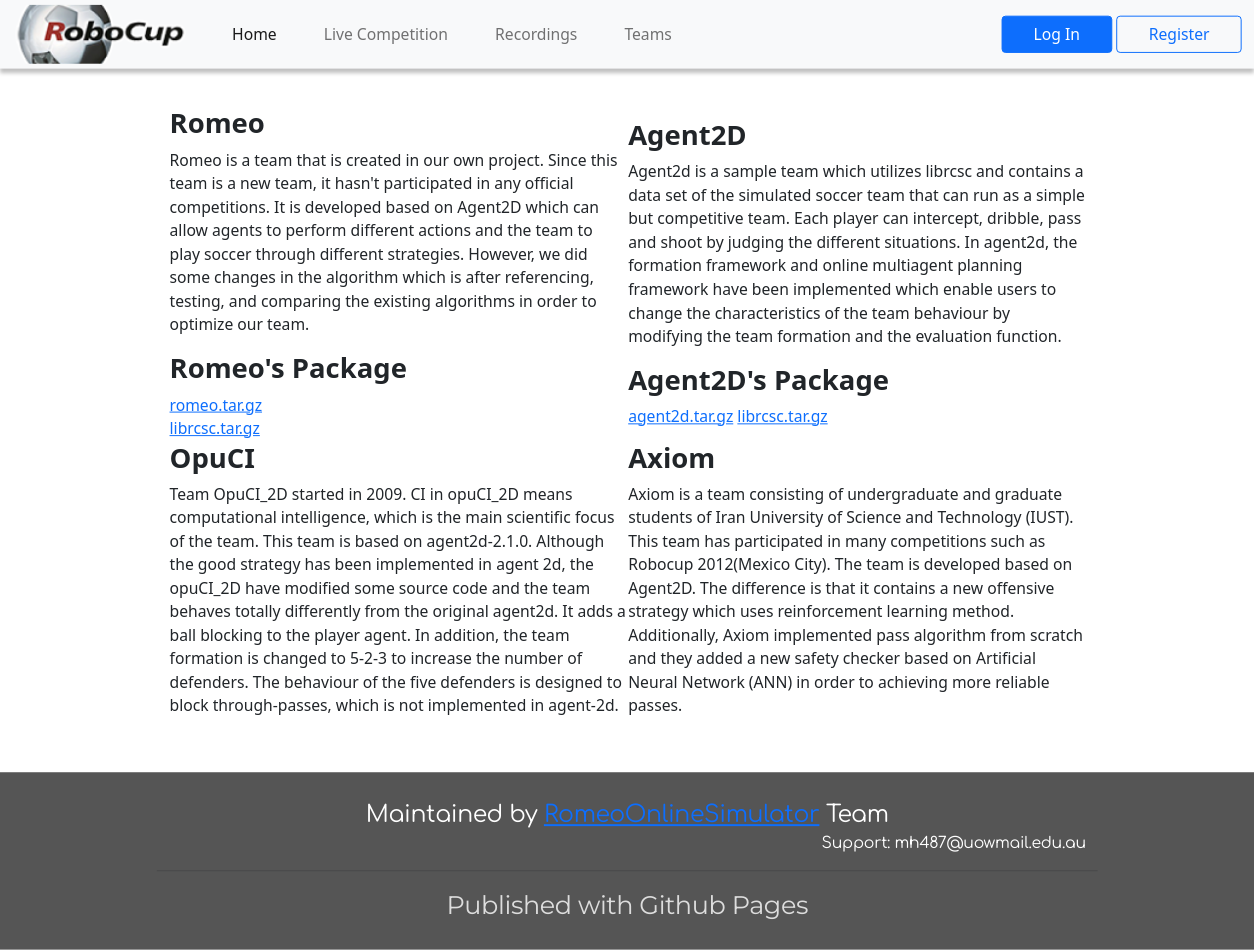
Repository: romeoonlinesim/romeoonlinesim.github.io
Page: teams.html
An editor plug-in stored every save of this project. The page is shown before and after the next save, followed by the edit.
The browser window is 1280 px wide. The pictures show the whole page, at 98% of full size.

Above is the page before, as saved 2021-05-18 20:31:28.

After the next save:
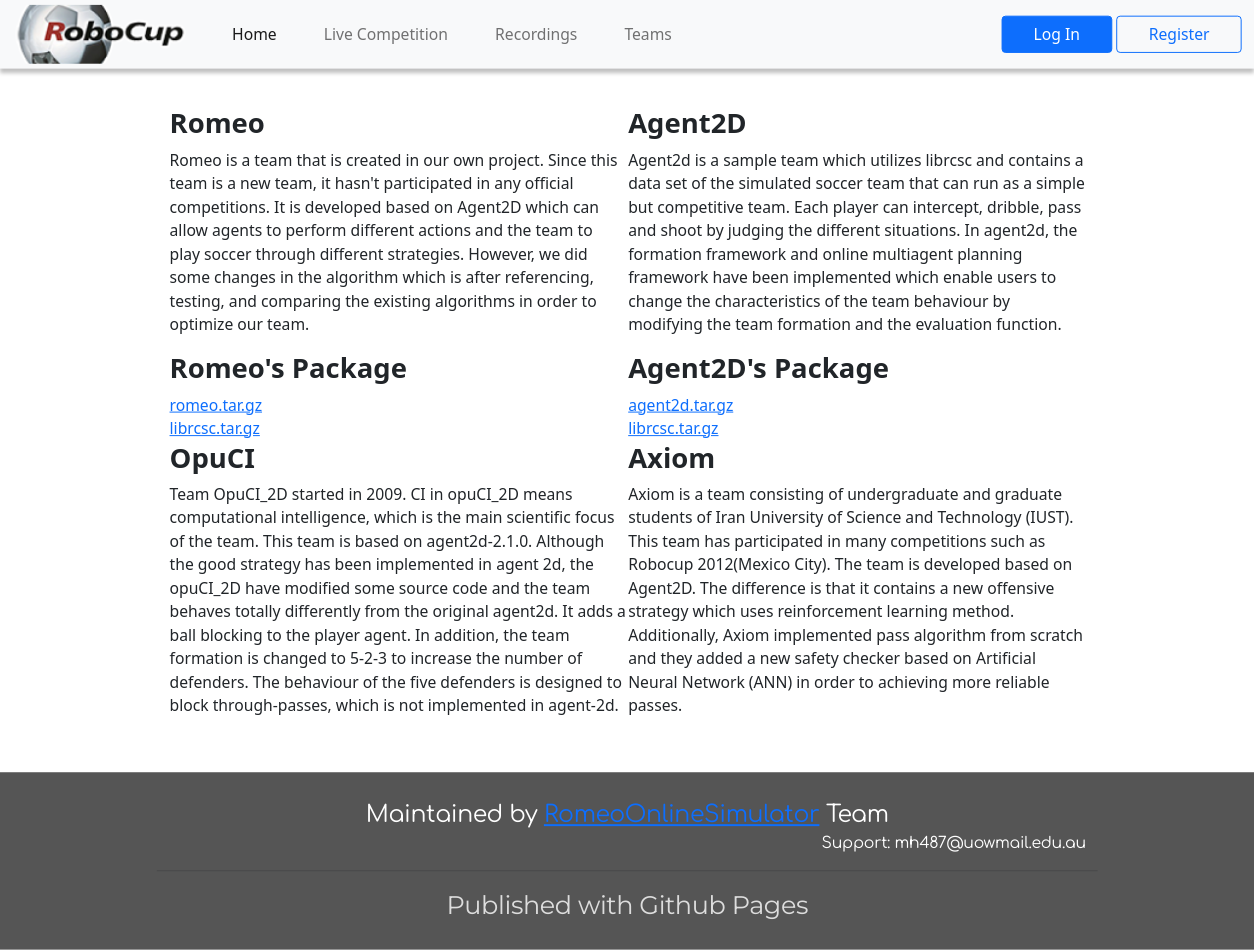
Saved 19 s later.
--- a/teams.html
+++ b/teams.html
@@ -192,8 +192,12 @@
                     </div>
                     <div>
                         <h3>Agent2D's Package</h3>
-                        <a href="#">agent2d.tar.gz</a>
-                        <a href="#">librcsc.tar.gz</a>
+                        <div>
+                            <a href="#">agent2d.tar.gz</a>
+                        </div>
+                        <div>
+                            <a href="#">librcsc.tar.gz</a>
+                        </div>
                     <div>
                 </td>
             </tr>
